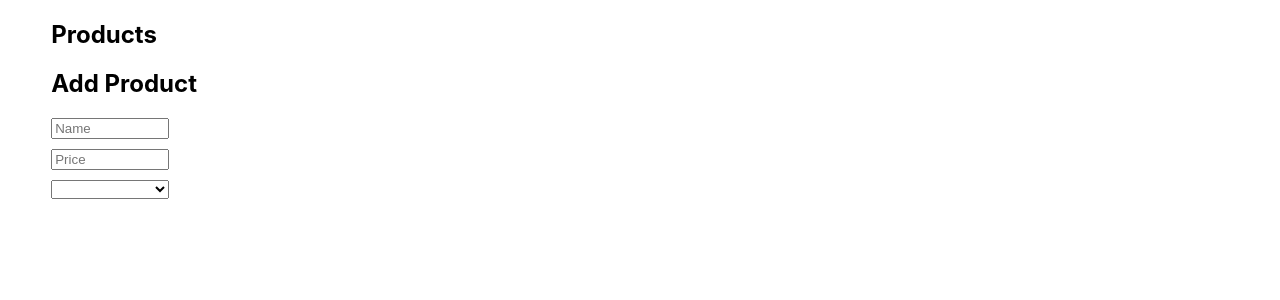
Repository: zcoderboy/redux-workout
Page: /
An editor plug-in stored every save of this project. The page is shown before and after a run of saves, followed by the edit.
The browser window is 1280 px wide. The pictures show the whole page.
The project was rebuilt for these pictures with package versions that can differ from the ones it lists, and the page was loaded fresh each time. Also part of the build but not shown: src/Product.js.

Above is the page before, as saved 2020-08-17 15:34:12.

After the next 4 saves:
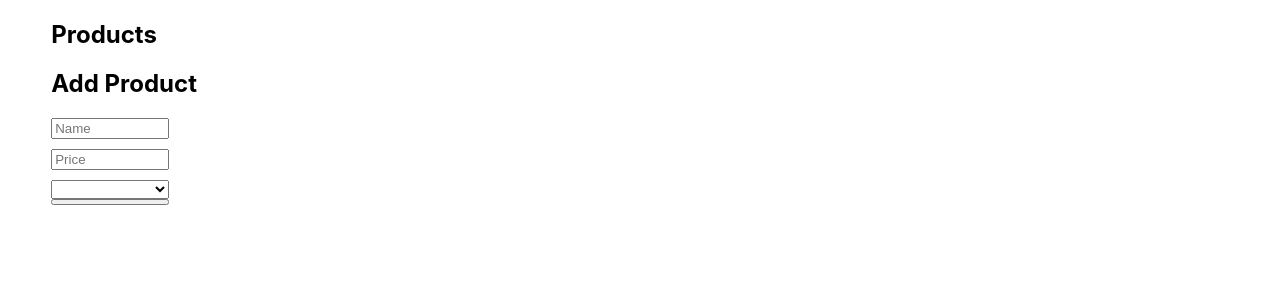
The 4 saves are shown as one change because they came seconds apart.
The last was saved 19 s later.
--- a/src/ProductAdd.js
+++ b/src/ProductAdd.js
@@ -50,6 +50,7 @@ const ProductAdd = ({keys,categories,addProduct}) => {
             })
           }
         </select>
+        <button type="submit" value="Add"></button>
       </form>
     </>
   )
